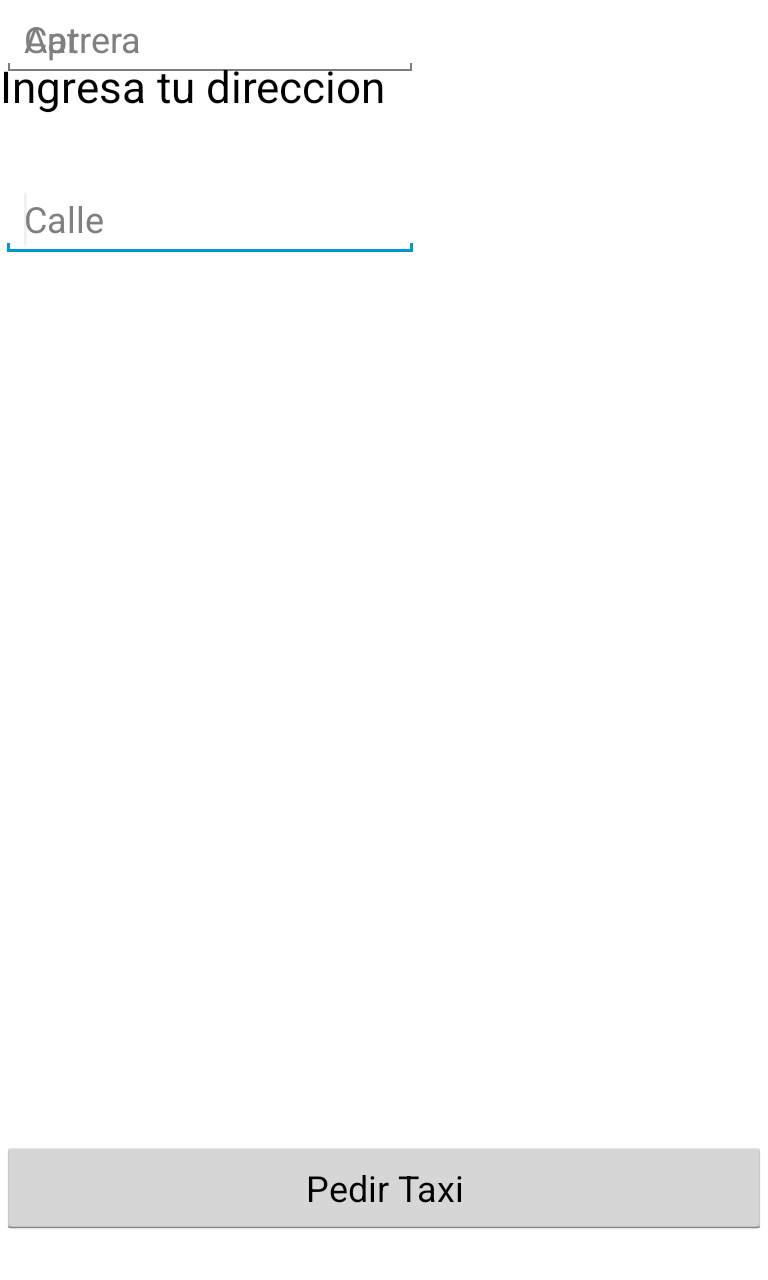
Repository: fernandohur/moviles
Layout: ClientePasajero/res/layout/activity_solicitar_taxi.xml
The author's editor kept a copy of each file at every save. The layout is drawn from the files as they stood at one save, then again after the next save.
It is drawn on a 768 x 1280 px phone screen (xhdpi) without system bars, with theme AppTheme; the app's code is not run.

Above is the layout before, as saved 2013-03-06 00:31:22.

After the next save:
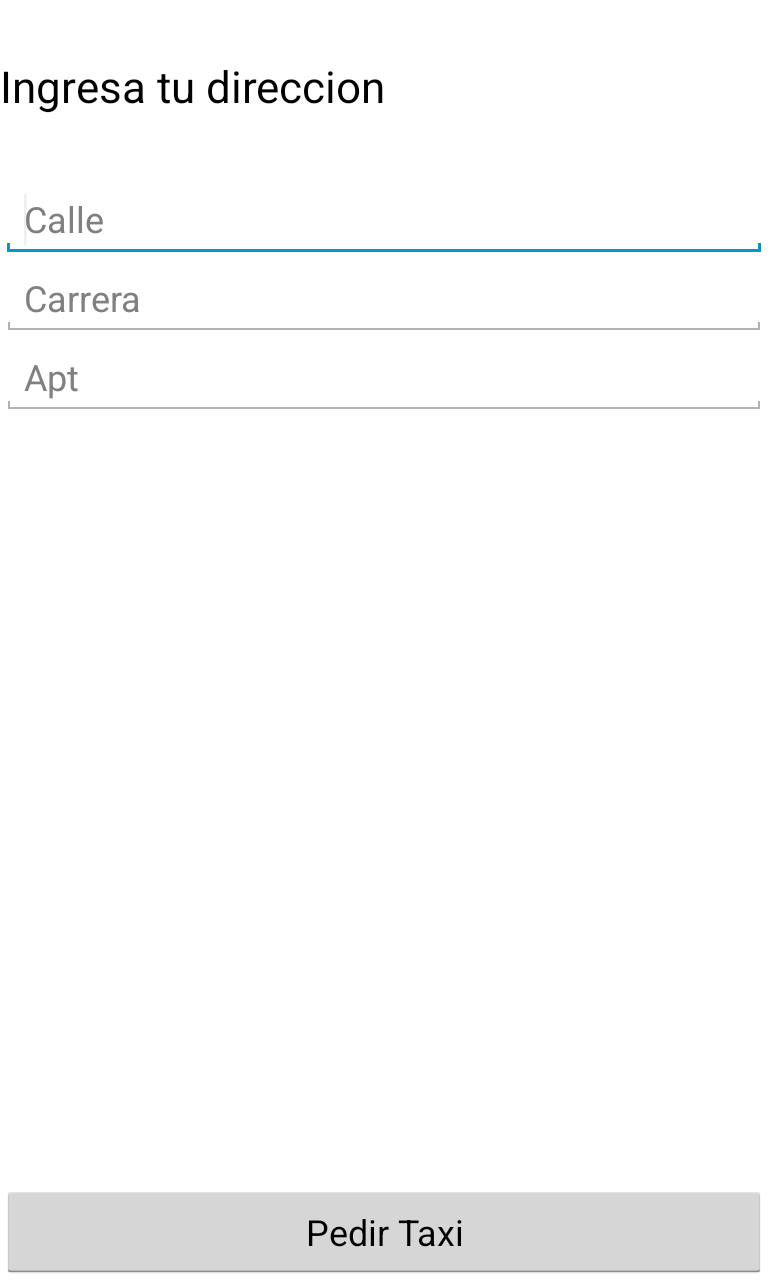
Saved 2 min 33 s later.
--- a/ClientePasajero/res/layout/activity_solicitar_taxi.xml
+++ b/ClientePasajero/res/layout/activity_solicitar_taxi.xml
@@ -9,6 +9,7 @@
         android:layout_width="wrap_content"
         android:layout_height="wrap_content"
         android:layout_alignParentLeft="true"
+        android:layout_alignParentRight="true"
         android:layout_alignParentTop="true"
         android:layout_marginTop="90dp"
         android:ems="10"
@@ -16,24 +17,6 @@
 
         <requestFocus />
     </EditText>
-
-    <EditText
-        android:id="@+id/txtCarrera"
-        android:layout_width="wrap_content"
-        android:layout_height="wrap_content"
-        android:layout_alignParentLeft="true"
-        android:layout_below="@+id/editText1"
-        android:ems="10"
-        android:hint="Carrera" />
-
-    <EditText
-        android:id="@+id/txtApt"
-        android:layout_width="wrap_content"
-        android:layout_height="wrap_content"
-        android:layout_alignParentLeft="true"
-        android:layout_below="@+id/editText2"
-        android:ems="10"
-        android:hint="Apt" />
 
     <TextView
         android:layout_width="wrap_content"
@@ -44,6 +27,26 @@
         android:text="Ingresa tu direccion"
         android:textAppearance="?android:attr/textAppearanceLarge" />
 
+    <EditText
+        android:id="@+id/txtCarrera"
+        android:layout_width="wrap_content"
+        android:layout_height="wrap_content"
+        android:layout_alignParentLeft="true"
+        android:layout_alignParentRight="true"
+        android:layout_below="@+id/txtCalle"
+        android:ems="10"
+        android:hint="Carrera" />
+
+    <EditText
+        android:id="@+id/txtApt"
+        android:layout_width="wrap_content"
+        android:layout_height="wrap_content"
+        android:layout_alignParentLeft="true"
+        android:layout_alignParentRight="true"
+        android:layout_below="@+id/txtCarrera"
+        android:ems="10"
+        android:hint="Apt" />
+
     <Button
         android:id="@+id/btnPedirTaxi"
         android:layout_width="wrap_content"
@@ -51,7 +54,6 @@
         android:layout_alignParentBottom="true"
         android:layout_alignParentLeft="true"
         android:layout_alignParentRight="true"
-        android:layout_marginBottom="22dp"
         android:text="Pedir Taxi" />
 
 </RelativeLayout>
